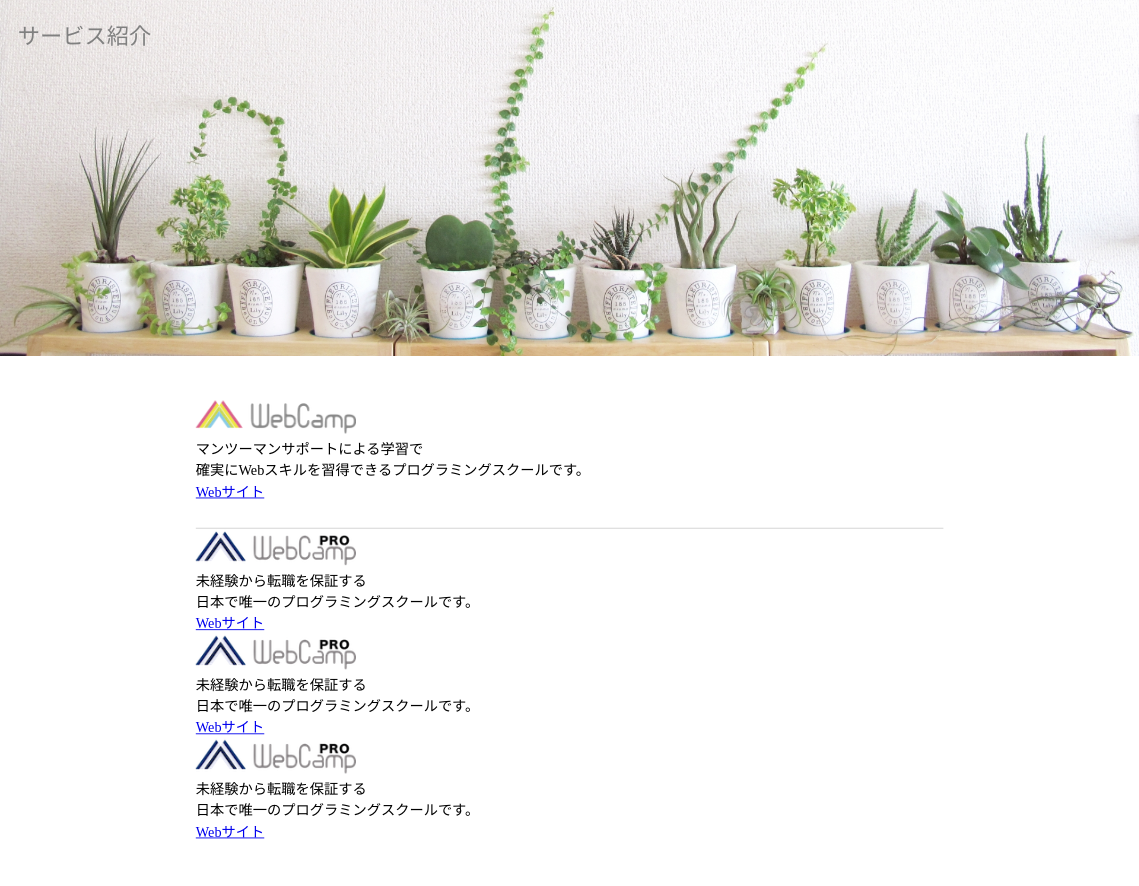
Repository: pooh0721/-
Page: c7/c7.html
The author's editor kept a record of every edit. The page is drawn from the files as they stood at one moment, then again after the next edit.
The browser window is 1280 px wide. The pictures show the whole page, at 89% of full size.

Above is the page before.

After the next edit:
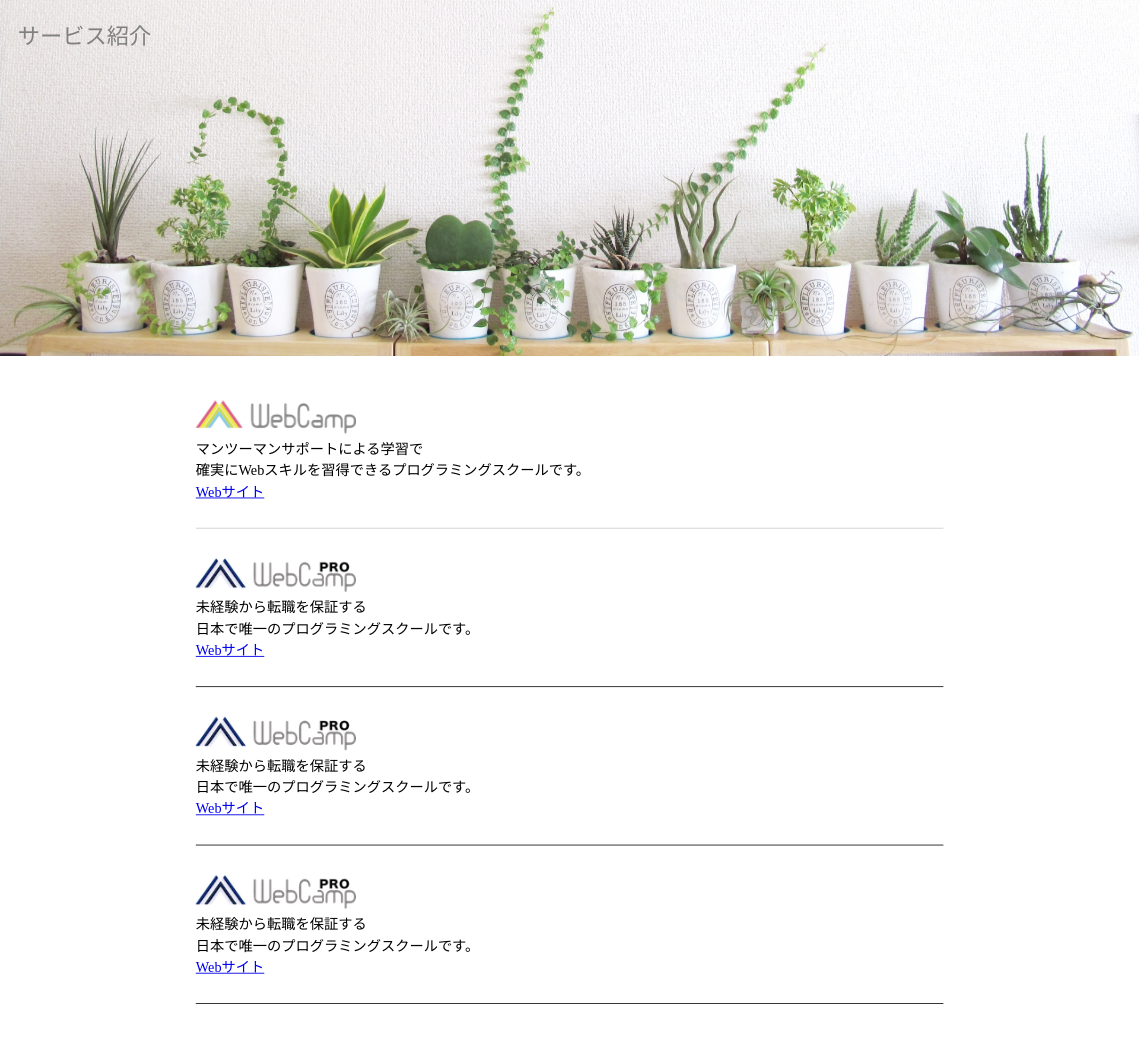
The edit:
--- a/c7/style.css
+++ b/c7/style.css
@@ -26,7 +26,7 @@
 
 }
 
-item{
+.item2{
   padding-top: 30px;
   padding-bottom: 30px;
   border-bottom: 1px solid #1f1f1f;
